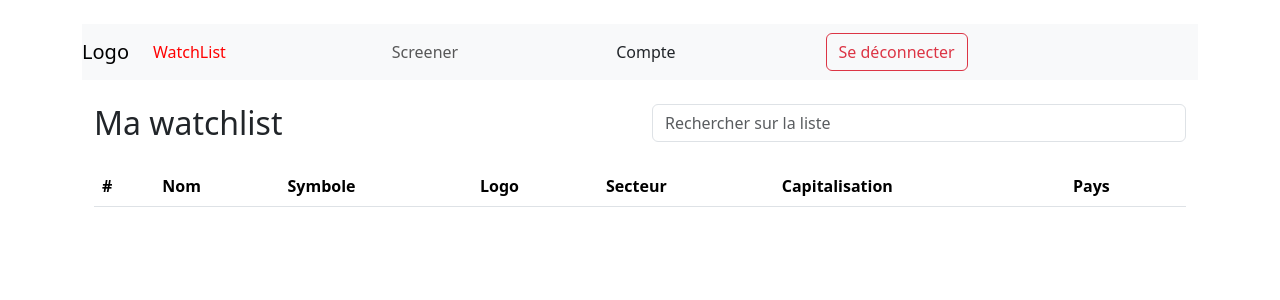
Repository: adamaadev/comeup
Page: /watchlist (app in client/)
The author's editor kept a copy of each file at every save. The page is drawn from the files as they stood at one save, then again after the next save.
The browser window is 1280 px wide. The pictures show the whole page.
The project was rebuilt for these pictures with package versions that can differ from the ones it lists, and the page was loaded fresh each time. Also part of the build but not shown: client/src/pages/Auth/Forget.js, client/src/pages/Auth/Signin.js, client/src/pages/Home/Screener.js, client/src/pages/Home/Setting.js, client/src/pages/Home/Infos.js, client/src/pages/Home/Details.js, client/src/pages/Home/Dashboard.js, client/src/pages/Home/Abonnement.js and 3 more. Imported but missing from the stored project, and not drawn on this page: client/src/pages/Auth/Signup.

Above is the page before, as saved 2024-07-17 11:15:41.

### client/public/index.html
<!DOCTYPE html>
<html lang="en">
  <head>
    <meta charset="utf-8" />
    <link rel="icon" href="%PUBLIC_URL%/logo.jpg" />
    <meta name="viewport" content="width=device-width, initial-scale=1" />
    <meta name="theme-color" content="#000000" />
    <meta name="description" content="Web site created using create-react-app" />
    <title>React App</title>
  </head>
  <body>
    <div id="root"></div>
  </body>
</html>

### client/src/index.js
import React from "react";
import './App.css';
import App from "./App";
import ReactDOM from "react-dom/client";
import '../node_modules/bootstrap/dist/css/bootstrap.min.css';
import '../node_modules/bootstrap/dist/js/bootstrap.bundle.min';
const root = ReactDOM.createRoot(document.getElementById("root"));
root.render(
    <App />
);

### client/src/App.css
.active{
    color: red !important;
}

a , form{
    margin-right: 150px;
}

td{
    cursor: pointer;
}

.card-header div{
    display: inline-block !important;
}

.card-header div:nth-child(2) button{
    margin-left: 36rem;
}

/* Setting.css */
.modal-open {
    overflow: hidden;
  }

  .modal.show {
    animation: fadeIn 0.5s;
  }

  @keyframes fadeIn {
    from {
      opacity: 0;
    }
    to {
      opacity: 1;
    }
  }

  .modal.show .modal-dialog {
    transform: translateY(-100%);
    animation: slideDown 0.5s forwards;
  }

  @keyframes slideDown {
    to {
      transform: translateY(0);
    }
  }

  /* Styles pour le pop-up et l'animation */
.popup-overlay {
  position: fixed;
  top: 0;
  left: 0;
  right: 0;
  bottom: 0;
  background-color: rgba(0, 0, 0, 0.5);
  display: flex;
  justify-content: center;
  align-items: center;
  opacity: 1;
  visibility: visible;
  transition: opacity 0.5s ease-in-out;
}

.popup-content {
  background-color: #fff;
  padding: 20px;
  border-radius: 8px;
  text-align: center;
  transform: scale(0.7);
  animation: popupAnimation 0.3s forwards;
}

@keyframes popupAnimation {
  from {
    transform: scale(0.7);
  }
  to {
    transform: scale(1);
  }
}

/* Setting.css */
.modal-body.slide-in {
  animation: slide-in 0.5s ease-out;
}

@keyframes slide-in {
  from {
    transform: translateY(100%);
    opacity: 0;
  }
  to {
    transform: translateY(0);
    opacity: 1;
  }
}

.modal-backdrop.show {
  opacity: 0.5;
}

.chart-wrapper {
  position: relative;
  height: 400px;
  width: 100%;
}

.progress{
  height: 15px !important;
  width: 50px;
}

img{
  background-color: black;
}

### client/src/App.jsx
import { useEffect, useState } from "react";
import axios from "axios";
import Forget from "./pages/Auth/Forget";
import Home from "./pages/Home/Home";
import Signin from "./pages/Auth/Signin";
import Signup from "./pages/Auth/Signup";
import Watchlist from "./pages/Home/Watchlist";
import Screener from "./pages/Home/Screener";
import Setting from './pages/Home/Setting';
import Details from "./pages/Home/Details";
import Dashboard from './pages/Home/Dashboard';
import Abonnement from "./pages/Home/Abonnement";
import Checkout from "./pages/Home/Checkout";
import Otp from "./pages/Auth/Otp";
import Recovery from "./pages/Auth/Recovery";
import { BrowserRouter, Routes, Route, Navigate } from "react-router-dom";

export default function App() {
  const [auth, setauth] = useState(false);

  axios.defaults.withCredentials = true;
  useEffect(() => {
    axios.get('http://localhost:4000/').then(res => {
      if (res.data.success) {
        setauth(true);
      }
    });
  }, []);

  return (
    <BrowserRouter>
      <Routes>
        <Route path="/" element={<Home />}>
          <Route path="/" element={<Dashboard />} />
          <Route path="watchlist" element={<Watchlist />} />
          <Route path="screener" element={<Screener />} />
          <Route path="details/:symbol" element={<Details />} />
          <Route path="setting" element={<Setting />}/>
        </Route>
        <Route path="/abonnement" element ={<Abonnement/>}/>
        <Route path="/checkout" element = {<Checkout/>} />
        <Route path="/code" element = {<Otp/>} />
        <Route path="/signin" element={<Signin />} />
        <Route path="/signup" element={auth ? <Navigate to="/" /> : <Signup />} />
        <Route path="/forget" element={<Forget />} />
        <Route path="/recovery" element = {<Recovery/>}/>
        <Route path="*" element={auth ? <Navigate to="/" /> : <Navigate to="/signin" />} />
      </Routes>
    </BrowserRouter>
  );
}

### client/src/pages/Home/Home.js
import axios from "axios";
import React, { useEffect, useState } from "react";
import { NavLink, Link, Outlet, useNavigate } from "react-router-dom";

export default function Home() {
  const [id, setId] = useState();
  const navigate = useNavigate();
  const [state, setState] = useState('');
  const [suggestions, setSuggestions] = useState([]);

  useEffect(() => {
    axios.get('http://localhost:4000/')
      .then(res => {
        if (res.data.status === 'false') {
          navigate('/abonnement')
        } else {
          if (res.data.success) {
            setId(res.data.id);
          } else {
            navigate('/signin');
          }
        }
      });
  }, [navigate]);

  const handleLogout = () => {
    axios.get('http://localhost:4000/logoutuser')
      .then(res => {
        if (res.data.success) {
          window.location.reload(true);
        }
      });
  };

  return (
    <div className="container mt-4 position-relative">
      <header>
        <nav className="navbar navbar-expand-lg navbar-light bg-light">
          <NavLink className="navbar-brand" to="/">Logo</NavLink>
          <button className="navbar-toggler" type="button" data-toggle="collapse" data-target="#navbarNav" aria-controls="navbarNav" aria-expanded="false" aria-label="Toggle navigation">
            <span className="navbar-toggler-icon"></span>
          </button>
          <div className="collapse navbar-collapse" id="navbarNav">
            <ul className="navbar-nav mr-auto">
              <li className="nav-item">
                <NavLink className="nav-link" to="/watchlist">WatchList</NavLink>
              </li>
              <li className="nav-item">
                <NavLink className="nav-link" to="/screener">Screener</NavLink>
              </li>
            </ul>
            <NavLink className="nav-link" to="/setting">Compte</NavLink>
            <button className="btn btn-outline-danger my-2 my-sm-0 ml-2" onClick={handleLogout}>Se déconnecter</button>
          </div>
        </nav>
      </header>
      <ul className="list-group mt-3 position-absolute w-100" style={{ zIndex: 1000 }}>
        {suggestions.map((company) => (
          <li key={company.symbol} className="list-group-item">
            <Link to={`/details/${company.symbol}`} onClick={() => setState('')}>
              {company.name} ({company.symbol})
            </Link>
          </li>
        ))}
      </ul>
      <Outlet />
    </div>
  );
}

### client/src/pages/Home/Watchlist.js
import React, { useState, useEffect } from 'react';
import axios from 'axios';

export default function Watchlist() {
  const [id, setId] = useState();
  const [infos, setInfos] = useState([]);
  const [filteredInfos, setFilteredInfos] = useState([]);
  const [query, setQuery] = useState('');

  axios.defaults.withCredentials = true;
  useEffect(() => {
    axios.get('http://localhost:4000')
      .then(res => {
        setId(res.data.id);
      });
  }, []);

  useEffect(() => {
    if (id) {
      axios.post('http://localhost:4000/listforuser', { id })
        .then(res => {
          setInfos(res.data);
          setFilteredInfos(res.data);
        });
    }
  }, [id]);

  const handleInputChange = (e) => {
    const value = e.target.value;
    setQuery(value);

    const filtered = infos.filter(info =>
      info.screenerData.nom.toLowerCase().includes(value.toLowerCase()) ||
      info.screenerData.symbol.toLowerCase().includes(value.toLowerCase())
    );
    setFilteredInfos(filtered);
  };

  return (
    <section className="container mt-4">
      <div className="row align-items-center mb-4">
        <div className="col-md-6">
          <h2 className="mb-0">Ma watchlist</h2>
        </div>
        <div className="col-md-6">
          <input
            type="text"
            className="form-control"
            placeholder="Rechercher sur la liste"
            value={query}
            onChange={handleInputChange}
          />
        </div>
      </div>
      <div className="table-responsive">
        <table className="table table-striped">
          <thead>
            <tr>
              <th scope="col">#</th>
              <th scope="col">Nom</th>
              <th scope="col">Symbole</th>
              <th scope="col">Logo</th>
              <th scope="col">Secteur</th>
              <th scope="col">Capitalisation</th>
              <th scope="col">Pays</th>
            </tr>
          </thead>
          <tbody>
            {filteredInfos.map((item, index) => (
              <tr key={index} onClick={() => window.open(`/details/${item.screenerData.symbol}`, '_blank')}>
                <td>{index + 1}</td>
                <td>{item.screenerData.nom}</td>
                <td>{item.screenerData.symbol}</td>
                <td><img src={item.screenerData.logo} alt={item.screenerData.nom} style={{ maxWidth: '50px', height: 'auto' }} /></td>
                <td>{item.screenerData.secteur}</td>
                <td>{item.screenerData.capitalisation}</td>
                <td>{item.screenerData.pays}</td>
              </tr>
            ))}
          </tbody>
        </table>
      </div>
    </section>
  );
}

After the next save:
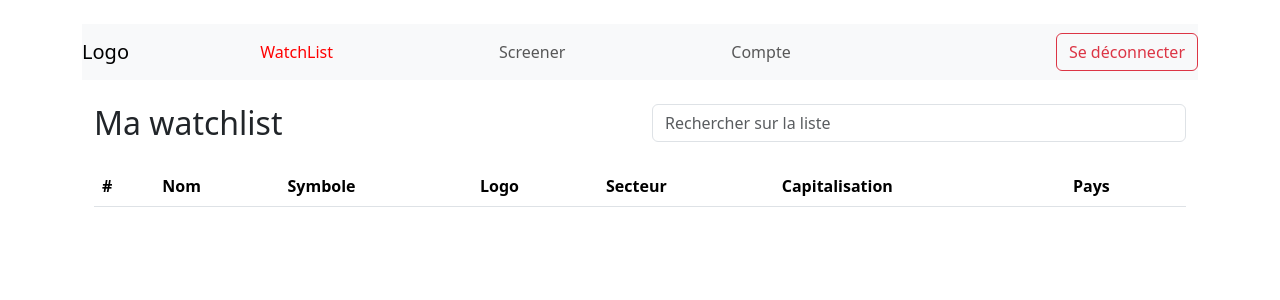
Saved 52 s later.
--- a/client/src/pages/Home/Home.js
+++ b/client/src/pages/Home/Home.js
@@ -40,17 +40,21 @@ export default function Home() {
           <button className="navbar-toggler" type="button" data-toggle="collapse" data-target="#navbarNav" aria-controls="navbarNav" aria-expanded="false" aria-label="Toggle navigation">
             <span className="navbar-toggler-icon"></span>
           </button>
-          <div className="collapse navbar-collapse" id="navbarNav">
-            <ul className="navbar-nav mr-auto">
+          <div className="collapse navbar-collapse justify-content-center" id="navbarNav">
+            <ul className="navbar-nav">
               <li className="nav-item">
                 <NavLink className="nav-link" to="/watchlist">WatchList</NavLink>
               </li>
               <li className="nav-item">
                 <NavLink className="nav-link" to="/screener">Screener</NavLink>
               </li>
+              <li className="nav-item">
+                <NavLink className="nav-link" to="/setting">Compte</NavLink>
+              </li>
             </ul>
-            <NavLink className="nav-link" to="/setting">Compte</NavLink>
-            <button className="btn btn-outline-danger my-2 my-sm-0 ml-2" onClick={handleLogout}>Se déconnecter</button>
+          </div>
+          <div className="ml-auto">
+            <button className="btn btn-outline-danger" onClick={handleLogout}>Se déconnecter</button>
           </div>
         </nav>
       </header>
